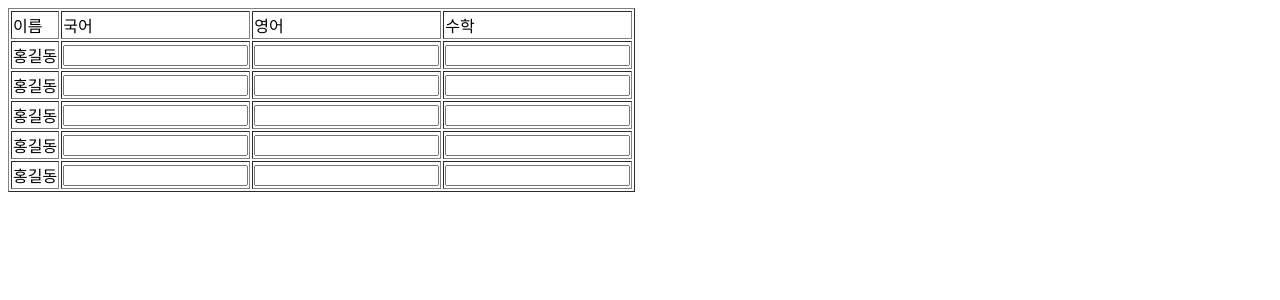
Repository: pshho/newJspProject
Page: http://localhost/JspProj/calc/student.jsp
The author's editor kept a copy of each file at every save. The page is drawn from the files as they stood at one save, then again after the next save.
The browser window is 1280 px wide. The pictures show the whole page.
The page is served by Tomcat 9.

Above is the page before, as saved 2023-07-27 08:10:23.

After the next save:
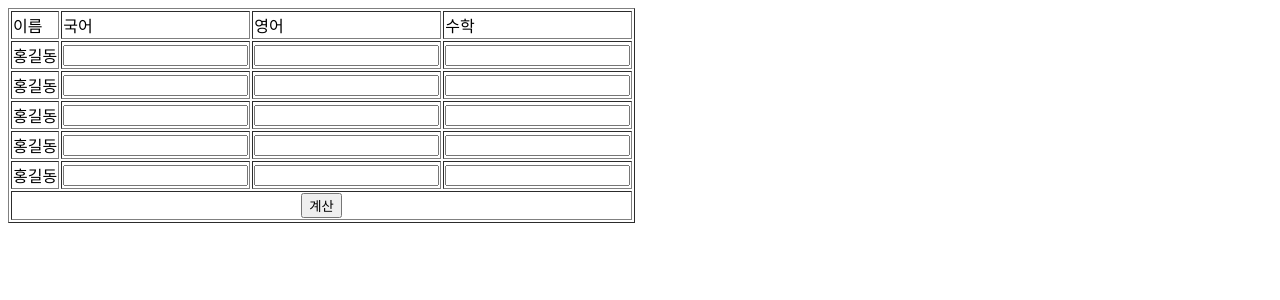
Saved 25 s later.
--- a/JspProj/src/main/webapp/calc/student.jsp
+++ b/JspProj/src/main/webapp/calc/student.jsp
@@ -24,6 +24,11 @@
 					<td><input type="text" name="math" /></td>
 				</tr>
 				<% } %>
+				<tr>
+				<td colspan="4" align="center">
+					<input type="submit" value="계산" />
+				</td>
+			</tr>
 			</tbody>
 		</table>
 	</form>
